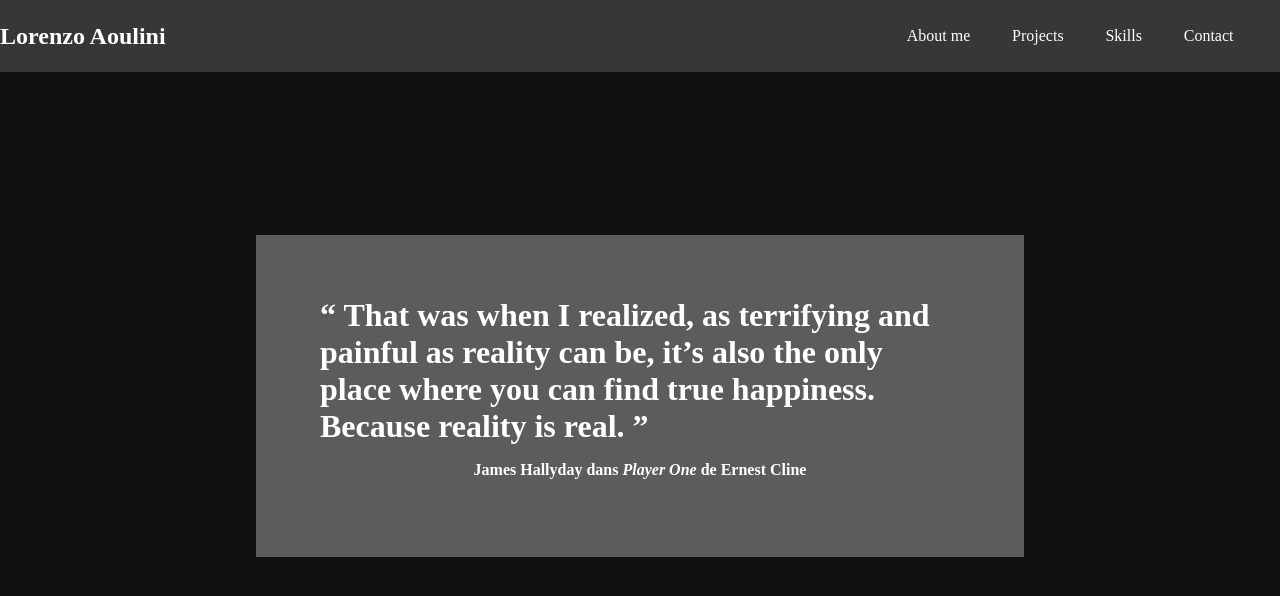
Repository: lolo298/lolo298.github.io
Page: index.html
An editor plug-in stored every save of this project. The page is shown before and after the next save, followed by the edit.
The browser window is 1280 px wide. The pictures show the whole page.

Above is the page before, as saved 2022-05-10 14:17:09.

### index.html
<!DOCTYPE html>
<html lang="en">

<head>
    <meta charset="UTF-8">
    <meta http-equiv="X-UA-Compatible" content="IE=edge">
    <meta name="viewport" content="width=device-width, initial-scale=1.0">
    <link rel="stylesheet" href="css/style.css">
    <script src="js/functions.js"></script>
    <title>Portfolio</title>
</head>

<body>
    <div class="main-container">
        <nav class="main-navbar">
            <h1>Lorenzo Aoulini</h1>
            <div class="main-navbar-list">
                <a class="main-navbar-item" href="#">
                    <div>Contact</div>
                </a>
                <a class="main-navbar-item" href="#">
                    <div>Skills</div>
                </a>
                <a class="main-navbar-item" href="#">
                    <div>Projects</div>
                </a>
                <a class="main-navbar-item" href="#">
                    <div>About me</div>
                </a>
            </div>

        </nav>
        <div class="landing">
            <div class="quote-container">
                <div class="quote-text">
                    <q>
                    That was when I realized, as terrifying and painful as reality can be, it’s also the only place where you can find true happiness. Because reality is real.
                </q>
                    <div class="author">
                        <span class="author-separation"></span>
                        <div class="author-content">
                            <p>
                                James Hallyday dans
                                <cite>Player One</cite> de Ernest Cline
                            </p>
                            <span class="author-separation"></span>
                        </div>
                    </div>

                </div>
            </div>
        </div>
    </div>

</body>

</html>

### css/style.css
    html {
        background-color: #111111;
    }

    body {
        padding: 0;
        margin: 0;
        width: 100vw;
        height: 100vh;
    }
    /* styling of navbar */

    .main-container {
        color: white;
        height: 100%;
        width: 100%;
    }

    .main-navbar {
        background-color: #373737;
        height: 10%;
        width: 100%;
        display: flex;
        justify-content: space-between;
        align-items: center;
    }

    .main-navbar>* {
        margin: 0;
    }

    .main-navbar>h1 {
        width: 20%;
    }

    .main-navbar-list {
        width: 100%;
        display: flex;
        flex-direction: row-reverse;
        align-items: center;
        list-style: none;
        margin-right: 2%;
        height: 100%;
    }

    .main-navbar-item {
        display: flex;
        align-items: center;
        justify-content: center;
        text-decoration: none;
        color: white;
        width: max-content;
        height: 100%;
        padding: 0% 2% 0% 2%;
    }

    .main-navbar-item:hover {
        background-color: #6A6A6A;
    }

    .main-navbar-item>div {
        width: max-content;
    }
    /* styling of landing page */

    .landing {
        height: 90%;
        width: 100%;
        display: flex;
        justify-content: center;
        align-items: center;
    }
    /* styling of quote */

    .quote-container {
        width: 50%;
        height: 30%;
        padding: 5%;
        margin: auto;
        display: flex;
        justify-content: center;
        align-items: center;
        flex-direction: column;
        background-color: rgba(196, 196, 196, 0.42);
    }

    .quote-text {
        font-size: 2em;
        font-weight: bold;
    }

    .author-content {
        font-size: .5em;
        font-weight: bold;
        text-align: center;
    }

    .author-separation {
        width: 20%;
        height: 1%;
    }

Loaded but not shown: js/functions.js (no copy from this time; the picture is the same without it)

After the next save:
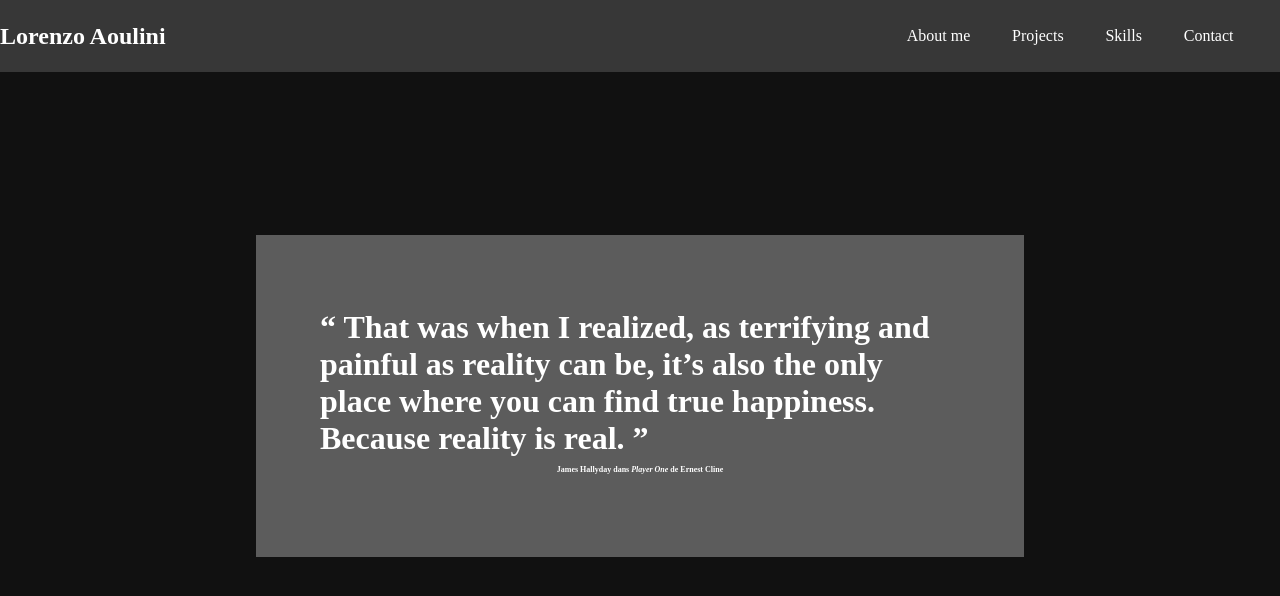
Saved 45 s later.
--- a/index.html
+++ b/index.html
@@ -36,18 +36,18 @@
                     <q>
                     That was when I realized, as terrifying and painful as reality can be, it’s also the only place where you can find true happiness. Because reality is real.
                 </q>
-                    <div class="author">
+                </div>
+                <div class="author">
+                    <span class="author-separation"></span>
+                    <div class="author-content">
+                        <p>
+                            James Hallyday dans
+                            <cite>Player One</cite> de Ernest Cline
+                        </p>
                         <span class="author-separation"></span>
-                        <div class="author-content">
-                            <p>
-                                James Hallyday dans
-                                <cite>Player One</cite> de Ernest Cline
-                            </p>
-                            <span class="author-separation"></span>
-                        </div>
                     </div>
+                </div>
 
-                </div>
             </div>
         </div>
     </div>

After the save that followed:
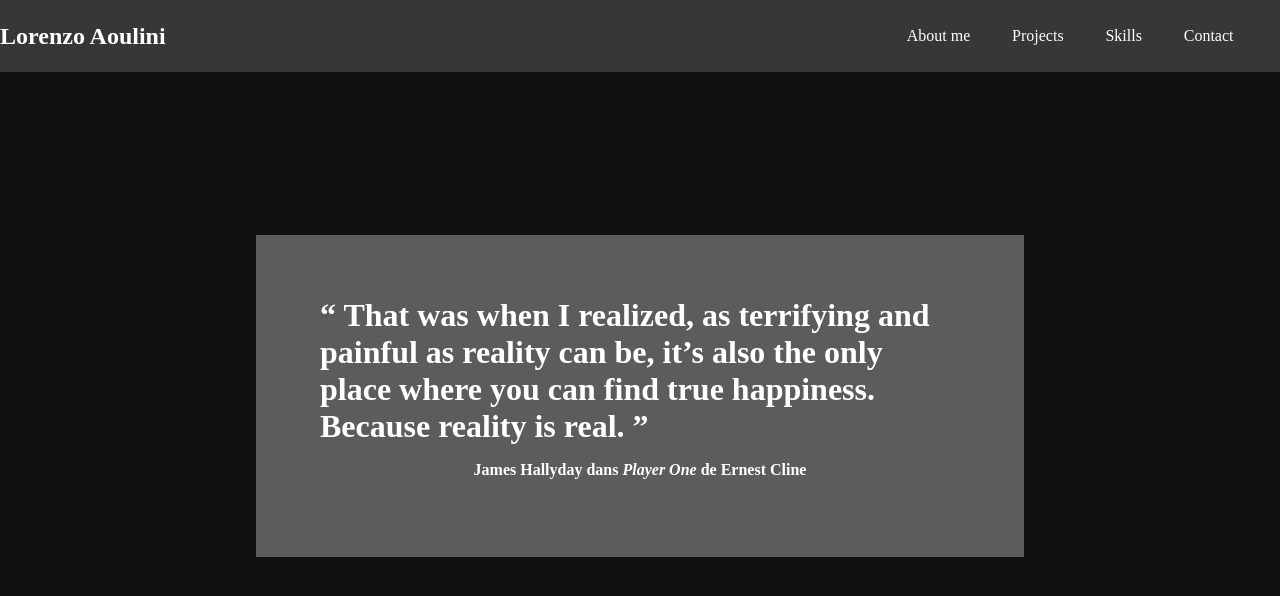
Saved 9 s later.
--- a/css/style.css
+++ b/css/style.css
@@ -90,7 +90,7 @@
     }
 
     .author-content {
-        font-size: .5em;
+        font-size: 1em;
         font-weight: bold;
         text-align: center;
     }
